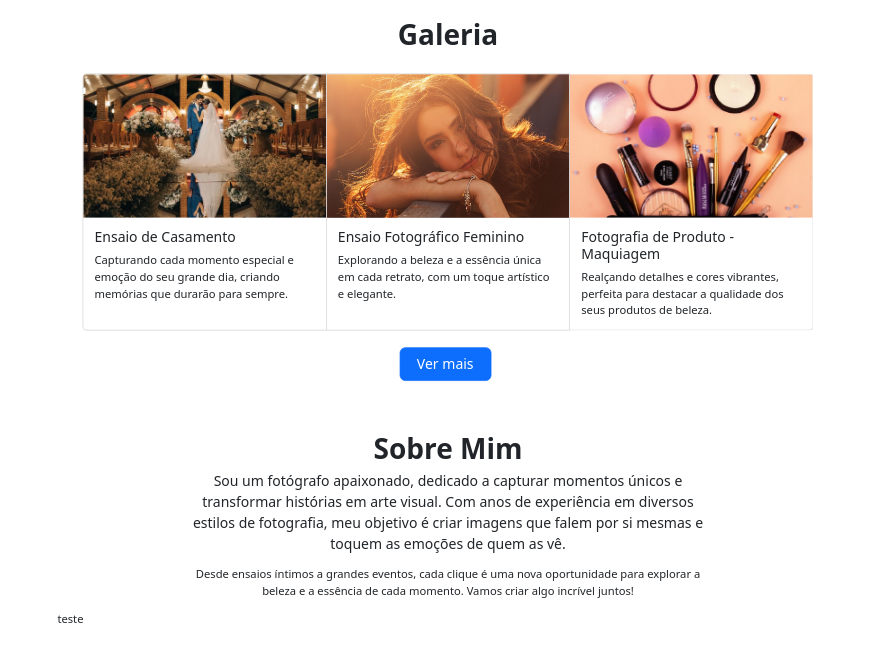
Repository: Marinalr-25/portifolio-fotografia
Page: index.html
The author's editor kept a copy of each file at every save. The page is drawn from the files as they stood at one save, then again after the next save.
The browser window is 1280 px wide. The pictures show the part of the page from y = 583 to 2503 px (the page is 1527 px tall before and 2503 px after), at 70% of full size.
A picture or video elsewhere on the page could not be fetched, so the positions and the page height are approximate.

Above is the page before, as saved 2025-01-19 17:53:47.

### index.html
<!DOCTYPE html>
<html lang="pt-BR" data-bs-theme="dark">
  <head>
    <meta charset="utf-8" />
    <meta name="viewport" content="width=device-width, initial-scale=1" />
    <title>Portifolio Fotográfia</title>
    <link
      href="https://cdn.jsdelivr.net/npm/bootstrap@5.3.3/dist/css/bootstrap.min.css"
      rel="stylesheet"
      integrity="sha384-QWTKZyjpPEjISv5WaRU9OFeRpok6YctnYmDr5pNlyT2bRjXh0JMhjY6hW+ALEwIH"
      crossorigin="anonymous"
    />
    <!-- Bootstrap Icons -->
    <link
      href="https://cdn.jsdelivr.net/npm/bootstrap-icons/font/bootstrap-icons.css"
      rel="stylesheet"
    />
    <link rel="stylesheet" href="css/style.css" />
  </head>
  <body>
    <!-- Header -->
    <div class="container">
      <header
        class="d-flex flex-wrap justify-content-center py-3 mb-4 border-bottom fixed-top header header-light"
      >
        <a
          href="/"
          class="d-flex align-items-center mb-3 mb-md-0 me-md-auto link-body-emphasis text-decoration-none"
        >
          <svg class="bi me-2" width="40" height="32">
            <use xlink:href="#bootstrap" />
          </svg>
          <span class="fs-4">Fotográfo Bootstrap</span>
        </a>

        <ul class="nav nav-pills">
          <li class="nav-item">
            <a href="#home" class="nav-link active" aria-current="page">Home</a>
          </li>
          <li class="nav-item">
            <a href="#galeria" class="nav-link">Galeria</a>
          </li>
          <li class="nav-item">
            <a href="#sobre" class="nav-link">Sobre mim</a>
          </li>
          <li class="nav-item">
            <a href="#servicos" class="nav-link">Serviços</a>
          </li>
          <li class="nav-item">
            <a href="#contato" class="nav-link">Contato</a>
          </li>
          <button id="toggleThemeBtn" class="btn btn-light">
            <i id="themeIcon" class="bi bi-brightness-high"></i>
          </button>
        </ul>
      </header>
    </div>

    <!-- Hero -->
    <div id="home" class="container col-xxl-8 px-4 py-5">
      <div class="row flex-lg-row-reverse align-items-center g-5 py-5">
        <div class="col-10 col-sm-8 col-lg-6">
          <img
            src="src/fotografiaHero.jpg"
            class="d-block mx-lg-auto img-fluid img-hero"
            alt="Bootstrap Themes"
            width="700"
            height="500"
            loading="lazy"
          />
        </div>
        <div class="col-lg-6">
          <h1 class="fw-bold text-body-emphasis lh-1 mb-3">
            Capturando Momentos, Criando Memórias
          </h1>
          <p class="lead">
            Com uma abordagem única e criativa, busco capturar a essência de
            cada cena e emoção. Meu trabalho é uma mistura de técnica, paixão e
            sensibilidade. Através da minha lente, tento criar imagens que falam
            por si mesmas.
          </p>
          <div class="d-grid gap-2 d-md-flex justify-content-md-start">
            <button type="button" class="btn btn-primary btn-lg px-4 me-md-2">
              Veja meu trabalho
            </button>
            <button type="button" class="btn btn-outline-secondary btn-lg px-4">
              Entre em Contato
            </button>
          </div>
        </div>
      </div>
    </div>

    <!-- Galeria -->
    <div
      id="galeria"
      class="container card-group p-4 d-flex justify-content-center"
    >
      <h1 class="fw-bold">Galeria</h1>
      <div class="card-group p-4">
        <div class="card">
          <img
            src="src/casamento.webp"
            class="card-img-top"
            alt="ensaio fotografico de casamento"
          />
          <div class="card-body">
            <h5 class="card-title">Ensaio de Casamento</h5>
            <p class="card-text">
              Capturando cada momento especial e emoção do seu grande dia,
              criando memórias que durarão para sempre.
            </p>
          </div>
        </div>
        <div class="card">
          <img
            src="src/ensaiofotografico.jpeg"
            class="card-img-top"
            alt="ensaio fotografico de uma mulher"
          />
          <div class="card-body">
            <h5 class="card-title">Ensaio Fotográfico Feminino</h5>
            <p class="card-text">
              Explorando a beleza e a essência única em cada retrato, com um
              toque artístico e elegante.
            </p>
          </div>
        </div>
        <div class="card">
          <img
            src="src/maquiagem.jpg"
            class="card-img-top"
            alt="ensaio fotografico de produto (maquiagem)"
          />
          <div class="card-body">
            <h5 class="card-title">Fotografia de Produto - Maquiagem</h5>
            <p class="card-text">
              Realçando detalhes e cores vibrantes, perfeita para destacar a
              qualidade dos seus produtos de beleza.
            </p>
          </div>
        </div>
      </div>
      <button type="button" class="btn btn-primary btn-lg px-4 me-md-2">
        Ver mais
      </button>
    </div>

    <!-- Sobre mim -->
    <div id="sobre" class="container py-5">
      <div class="row justify-content-center">
        <div class="col-lg-8 text-center">
          <h1 class="fw-bold">Sobre Mim</h1>
          <p class="lead">
            Sou um fotógrafo apaixonado, dedicado a capturar momentos únicos e
            transformar histórias em arte visual. Com anos de experiência em
            diversos estilos de fotografia, meu objetivo é criar imagens que
            falem por si mesmas e toquem as emoções de quem as vê.
          </p>
          <p>
            Desde ensaios íntimos a grandes eventos, cada clique é uma nova
            oportunidade para explorar a beleza e a essência de cada momento.
            Vamos criar algo incrível juntos!
          </p>
        </div>
        <div class="fotografo">teste</div>
      </div>
    </div>

    <script
      src="https://cdn.jsdelivr.net/npm/@popperjs/core@2.11.8/dist/umd/popper.min.js"
      integrity="sha384-I7E8VVD/ismYTF4hNIPjVp/Zjvgyol6VFvRkX/vR+Vc4jQkC+hVqc2pM8ODewa9r"
      crossorigin="anonymous"
    ></script>
    <script
      src="https://cdn.jsdelivr.net/npm/bootstrap@5.3.3/dist/js/bootstrap.min.js"
      integrity="sha384-0pUGZvbkm6XF6gxjEnlmuGrJXVbNuzT9qBBavbLwCsOGabYfZo0T0to5eqruptLy"
      crossorigin="anonymous"
    ></script>
    <script src="js/script.js"></script>
  </body>
</html>

### css/style.css
/* Style Bootstrap */

.bd-placeholder-img {
  font-size: 1.125rem;
  text-anchor: middle;
  -webkit-user-select: none;
  -moz-user-select: none;
  user-select: none;
}

@media (min-width: 768px) {
  .bd-placeholder-img-lg {
    font-size: 3.5rem;
  }
}

.b-example-divider {
  width: 100%;
  height: 3rem;
  background-color: rgba(0, 0, 0, 0.1);
  border: solid rgba(0, 0, 0, 0.15);
  border-width: 1px 0;
  box-shadow: inset 0 0.5em 1.5em rgba(0, 0, 0, 0.1),
    inset 0 0.125em 0.5em rgba(0, 0, 0, 0.15);
}

.b-example-vr {
  flex-shrink: 0;
  width: 1.5rem;
  height: 100vh;
}

.bi {
  vertical-align: -0.125em;
  fill: currentColor;
}

.nav-scroller {
  position: relative;
  z-index: 2;
  height: 2.75rem;
  overflow-y: hidden;
}

.nav-scroller .nav {
  display: flex;
  flex-wrap: nowrap;
  padding-bottom: 1rem;
  margin-top: -1px;
  overflow-x: auto;
  text-align: center;
  white-space: nowrap;
  -webkit-overflow-scrolling: touch;
}

.btn-bd-primary {
  --bd-violet-bg: #712cf9;
  --bd-violet-rgb: 112.520718, 44.062154, 249.437846;

  --bs-btn-font-weight: 600;
  --bs-btn-color: var(--bs-white);
  --bs-btn-bg: var(--bd-violet-bg);
  --bs-btn-border-color: var(--bd-violet-bg);
  --bs-btn-hover-color: var(--bs-white);
  --bs-btn-hover-bg: #6528e0;
  --bs-btn-hover-border-color: #6528e0;
  --bs-btn-focus-shadow-rgb: var(--bd-violet-rgb);
  --bs-btn-active-color: var(--bs-btn-hover-color);
  --bs-btn-active-bg: #5a23c8;
  --bs-btn-active-border-color: #5a23c8;
}

.bd-mode-toggle {
  z-index: 1500;
}

.bd-mode-toggle .dropdown-menu .active .bi {
  display: block !important;
}

/* CSS próprio */

/* Header */
.header-light {
  background-color: #fff;
  color: #000;
}

.header-dark {
  background-color: #212529;
  color: #fff;
}

/* Hero */
.img-hero {
  width: 1000px;
}

/* Galeria */
.card-img-top {
  width: 100%;
  height: 205px;
  object-fit: cover;
}

/* sobre mim */
.about {
  background-image: url(/src/fotografosombracortada.png);
  background-position: right;
  background-repeat: no-repeat;
  background-size: contain;
  width: 1320px;
  height: 1000px;
}

### js/script.js
const toggleThemeBtn = document.getElementById('toggleThemeBtn');
const themeIcon = document.getElementById('themeIcon');
const header = document.querySelector('.header');
const body = document.body;

// Função para definir o ícone, tema e a classe do botão ao carregar a página
function setInitialTheme() {
  if (body.getAttribute('data-bs-theme') === 'dark') {
    themeIcon.classList.remove('bi-brightness-high');
    themeIcon.classList.add('bi-moon-stars-fill');
    toggleThemeBtn.classList.remove('btn-light');
    toggleThemeBtn.classList.add('btn-dark');
  } else {
    body.setAttribute('data-bs-theme', 'light');
    themeIcon.classList.remove('bi-moon-stars-fill');
    themeIcon.classList.add('bi-brightness-high');
    toggleThemeBtn.classList.remove('btn-dark');
    toggleThemeBtn.classList.add('btn-light');
  }
}

// Definir o tema inicial ao carregar
setInitialTheme();

toggleThemeBtn.addEventListener('click', () => {
  if (body.getAttribute('data-bs-theme') === 'dark') {
    body.setAttribute('data-bs-theme', 'light');
    themeIcon.classList.remove('bi-moon-stars-fill');
    themeIcon.classList.add('bi-brightness-high');
    header.classList.remove('header-dark');
    header.classList.add('header-light');
    toggleThemeBtn.classList.remove('btn-dark');
    toggleThemeBtn.classList.add('btn-light');
  } else {
    body.setAttribute('data-bs-theme', 'dark');
    themeIcon.classList.remove('bi-brightness-high');
    themeIcon.classList.add('bi-moon-stars-fill');
    header.classList.remove('header-light');
    header.classList.add('header-dark');
    toggleThemeBtn.classList.remove('btn-light');
    toggleThemeBtn.classList.add('btn-dark');
  }
});

After the next save:
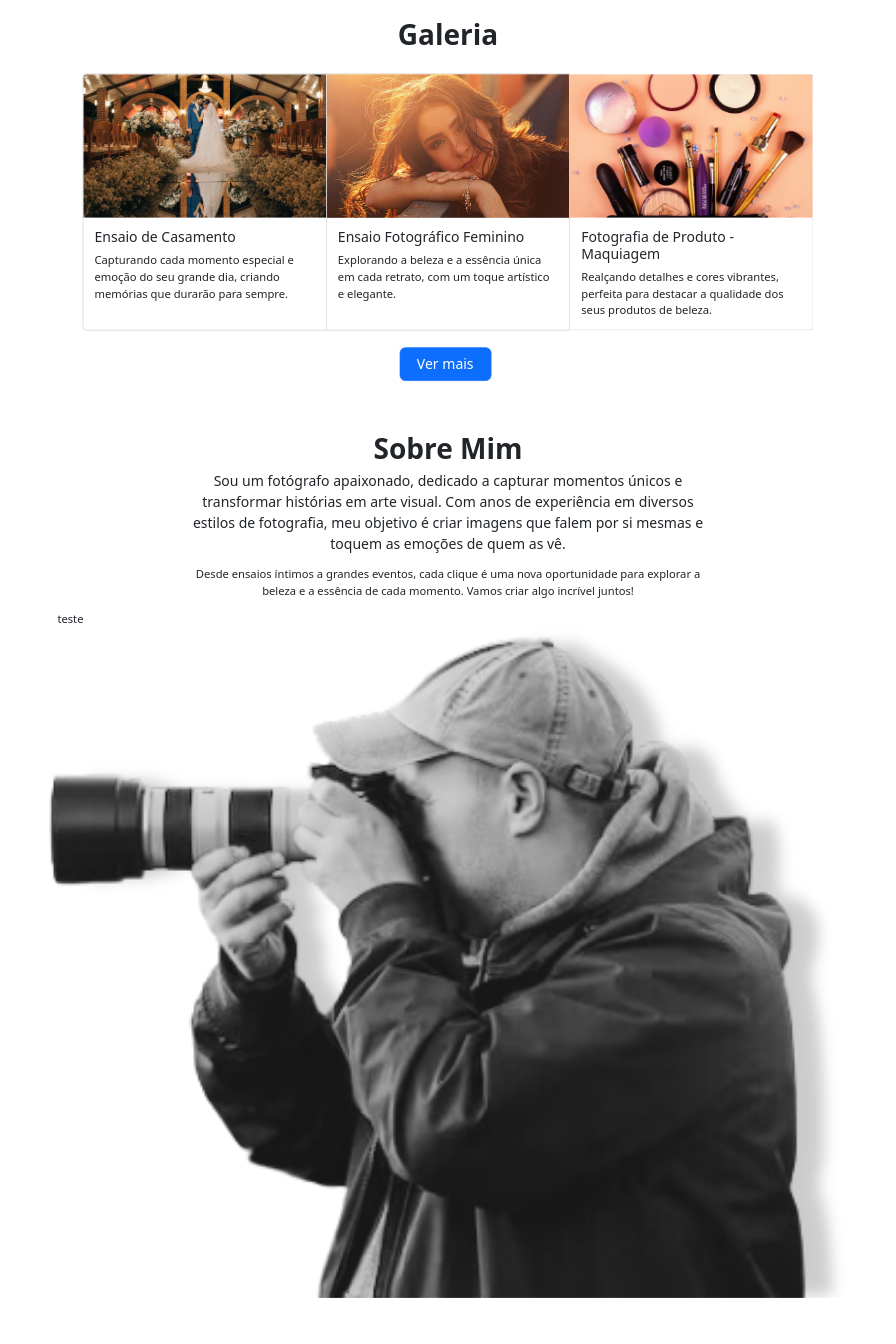
Saved 39 s later.
--- a/css/style.css
+++ b/css/style.css
@@ -104,7 +104,7 @@
 }
 
 /* sobre mim */
-.about {
+.fotografo {
   background-image: url(/src/fotografosombracortada.png);
   background-position: right;
   background-repeat: no-repeat;
